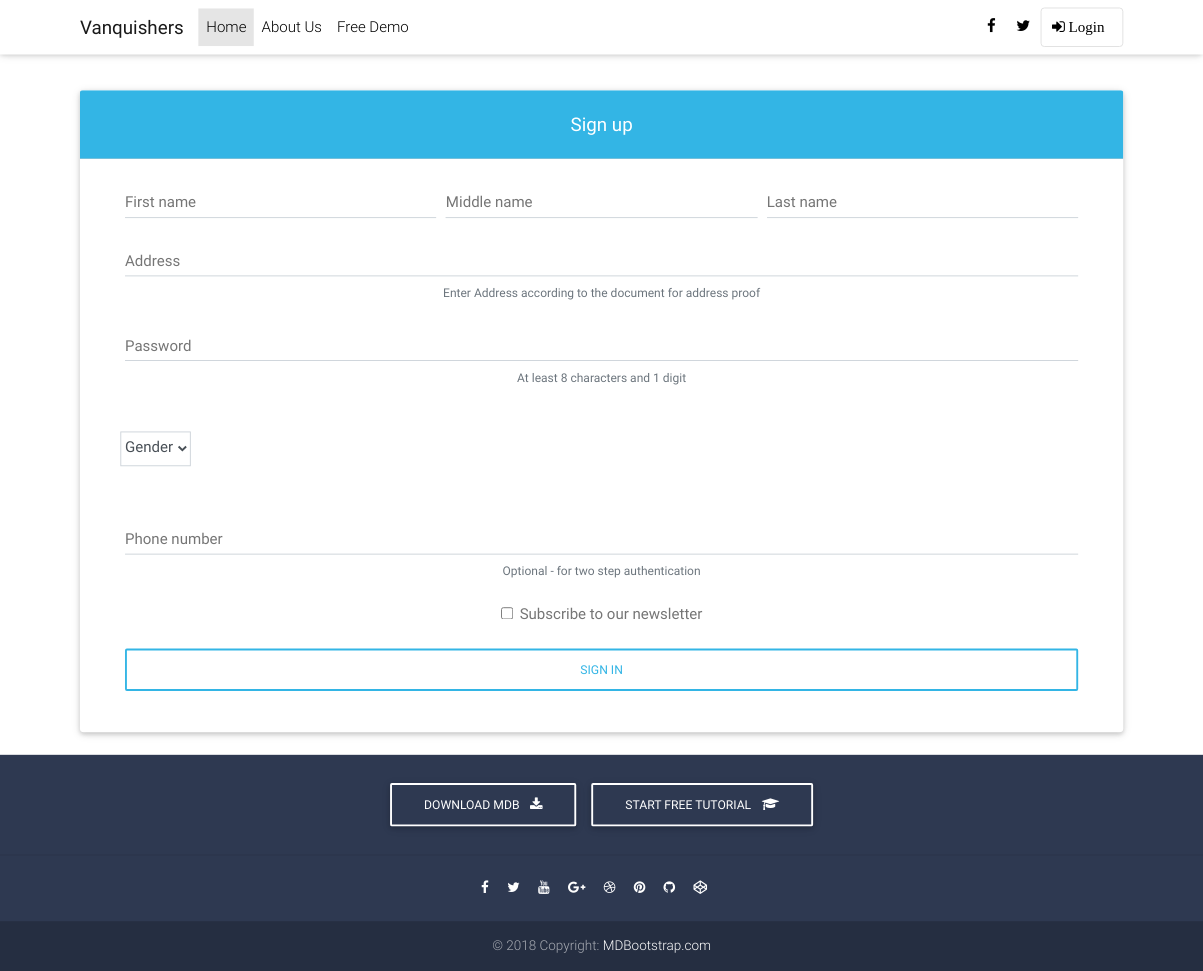
Repository: KJSCEhack/KJSCE_Vanquishers
Page: http://localhost/demo.php
An editor plug-in stored every save of this project. The page is shown before and after the next save, followed by the edit.
The browser window is 1280 px wide. The pictures show the whole page, at 94% of full size.
The page is run by PHP 8.4 with error messages shown; the project is at /var/www/html/.

Above is the page before, as saved 2018-10-06 09:29:04.
Console error: TypeError: $(...).material_select is not a function

### demo.php
<?php
$hostname="localhost";
$dbname="kjsce_hackathon";
$Username="root";
$Password="qweasdzxc";

$conn = mysqli_connect($hostname,$Username,$Password,$dbname);

if(!$conn)
{
    die("connection failed:" .mysqli_connect_error());

}
mysqli_close($conn);

?>
<!DOCTYPE html>
<html lang="en">

<head>
    <meta charset="utf-8">
    <meta name="viewport" content="width=device-width, initial-scale=1, shrink-to-fit=no">
    <meta http-equiv="x-ua-compatible" content="ie=edge">
    <title>Material Design Bootstrap</title>
    <!-- Font Awesome -->
    <link rel="stylesheet" href="https://maxcdn.bootstrapcdn.com/font-awesome/4.7.0/css/font-awesome.min.css">
    <!-- Bootstrap core CSS -->
    <link href="css/bootstrap.min.css" rel="stylesheet">
    <!-- Material Design Bootstrap -->
    <link href="css/mdb.min.css" rel="stylesheet">
    <!-- Your custom styles (optional) -->
    <link href="css/style.min.css" rel="stylesheet">
</head>

<body>

    <!--Main Navigation-->
    <header>

        <!-- Navbar -->
        <nav class="navbar fixed-top navbar-expand-lg navbar-light white scrolling-navbar">
            <div class="container">

                <!-- Brand -->
      <a class="navbar-brand" href="https://mdbootstrap.com/material-design-for-bootstrap/" target="_blank">
        <strong>Vanquishers</strong>
      </a>

      <!-- Collapse -->
      <button class="navbar-toggler" type="button" data-toggle="collapse" data-target="#navbarSupportedContent" aria-controls="navbarSupportedContent"
        aria-expanded="false" aria-label="Toggle navigation">
        <span class="navbar-toggler-icon"></span>
      </button>

      <!-- Links -->
      <div class="collapse navbar-collapse" id="navbarSupportedContent">

        <!-- Left -->
        <ul class="navbar-nav mr-auto">
          <li class="nav-item active">
            <a class="nav-link" href="#">Home
              <span class="sr-only">(current)</span>
            </a>
          </li>
          <li class="nav-item">
            <a class="nav-link" href="https://mdbootstrap.com/material-design-for-bootstrap/" target="_blank">About Us</a>
          </li>
          <li class="nav-item">
            <a class="nav-link" href="https://mdbootstrap.com/getting-started/" target="_blank">Free Demo</a>
          </li>
        </ul>

        <!-- Right -->
        <ul class="navbar-nav nav-flex-icons">
          <li class="nav-item">
            <a href="https://www.facebook.com/mdbootstrap" class="nav-link" target="_blank">
              <i class="fa fa-facebook"></i>
            </a>
          </li>
          <li class="nav-item">
            <a href="https://twitter.com/MDBootstrap" class="nav-link" target="_blank">
              <i class="fa fa-twitter"></i>
            </a>
          </li>
          <li class="nav-item">
            <a href="login_page.html" class="nav-link border border-light rounded"
              target="_blank">
              <i class="fa fa-sign-in mr-2">           Login</i>
            </a>
          </li>
        </ul>

      </div>

            </div>
        </nav>
        <!-- Navbar -->

    </header>
    <!--Main Navigation-->

    <!--Main layout-->
    <main class="mt-5 pt-5">
        <div class="container">
            <!-- Material form register -->
            <div class="card">

            <h5 class="card-header info-color white-text text-center py-4">
                <strong>Sign up</strong>
            </h5>

            <!--Card content-->
            <div class="card-body px-lg-5 pt-0">

                <!-- Form -->
                <form class="text-center" style="color: #757575;">

                    <div class="form-row">
                        <div class="col">
                            <!-- First name -->
                            <div class="md-form">
                                <input type="text" id="materialRegisterFormFirstName" class="form-control">
                                <label for="materialRegisterFormFirstName">First name</label>
                            </div>
                        </div>
                        <div class="col">
                            <!-- Last name -->
                            <div class="md-form">
                                <input type="text" id="materialRegisterFormMiddleName" class="form-control">
                                <label for="materialRegisterFormMiddleName">Middle name</label>
                            </div>
                        </div>
                        <div class="col">
                            <!-- Last name -->
                            <div class="md-form">
                                <input type="text" id="materialRegisterFormLastName" class="form-control">
                                <label for="materialRegisterFormLastName">Last name</label>
                            </div>
                        </div>
                    </div>

                    <!-- Address -->
                    <div class="md-form mt-0">
                        <input type="text" id="materialRegisterFormAddress" class="form-control">
                        <label for="materialRegisterFormAddress">Address</label>
                        <small id="materialRegisterFormPasswordHelpBlock" class="form-text text-muted mb-4">
                            Enter Address according to the document for address proof
                        </small>
                    </div>

                    <!-- Password -->
                    <div class="md-form">
                        <input type="password" id="materialRegisterFormPassword" class="form-control" aria-describedby="materialRegisterFormPasswordHelpBlock">
                        <label for="materialRegisterFormPassword">Password</label>
                        <small id="materialRegisterFormPasswordHelpBlock" class="form-text text-muted mb-4">
                            At least 8 characters and 1 digit
                        </small>
                    </div>

                    <div class="form-row">
                        <div class="md-form">
                            <select id="materialRegisterFormGender" class="form-control mdb-select md-form colorful-select dropdown-primary">
                                <option value="" disabled selected>Gender</option>
                                <option value="M">Male</option>
                                <option value="F">Female</option>
                                <option value="O">Other</option>
                            </select>
                        </div>
                    </div>

                    <!-- Phone number -->
                    <div class="md-form">
                        <input type="password" id="materialRegisterFormPhone" class="form-control" aria-describedby="materialRegisterFormPhoneHelpBlock">
                        <label for="materialRegisterFormPhone">Phone number</label>
                        <small id="materialRegisterFormPhoneHelpBlock" class="form-text text-muted mb-4">
                            Optional - for two step authentication
                        </small>
                    </div>

                    <!-- Newsletter -->
                    <div class="form-check">
                        <input type="checkbox" class="form-check-input" id="materialRegisterFormNewsletter">
                        <label class="form-check-label" for="materialRegisterFormNewsletter">Subscribe to our newsletter</label>
                    </div>

                    <!-- Sign up button -->
                    <button class="btn btn-outline-info btn-rounded btn-block my-4 waves-effect z-depth-0" type="submit">Sign in</button>

                </form>
                <!-- Form -->

            </div>

            </div>
            <!-- Material form register -->
        </div>
    </main>
    <!--Footer-->
    <footer class="page-footer text-center font-small mdb-color darken-2 mt-4 wow fadeIn">

        <!--Call to action-->
        <div class="pt-4">
            <a class="btn btn-outline-white" href="https://mdbootstrap.com/getting-started/" target="_blank" role="button">Download MDB
                <i class="fa fa-download ml-2"></i>
            </a>
            <a class="btn btn-outline-white" href="https://mdbootstrap.com/bootstrap-tutorial/" target="_blank" role="button">Start free tutorial
                <i class="fa fa-graduation-cap ml-2"></i>
            </a>
        </div>
        <!--/.Call to action-->

        <hr class="my-4">

        <!-- Social icons -->
        <div class="pb-4">
            <a href="https://www.facebook.com/mdbootstrap" target="_blank">
                <i class="fa fa-facebook mr-3"></i>
            </a>

            <a href="https://twitter.com/MDBootstrap" target="_blank">
                <i class="fa fa-twitter mr-3"></i>
            </a>

            <a href="https://www.youtube.com/watch?v=7MUISDJ5ZZ4" target="_blank">
                <i class="fa fa-youtube mr-3"></i>
            </a>

            <a href="https://plus.google.com/u/0/b/107863090883699620484" target="_blank">
                <i class="fa fa-google-plus mr-3"></i>
            </a>

            <a href="https://dribbble.com/mdbootstrap" target="_blank">
                <i class="fa fa-dribbble mr-3"></i>
            </a>

            <a href="https://pinterest.com/mdbootstrap" target="_blank">
                <i class="fa fa-pinterest mr-3"></i>
            </a>

            <a href="https://github.com/mdbootstrap/bootstrap-material-design" target="_blank">
                <i class="fa fa-github mr-3"></i>
            </a>

            <a href="http://codepen.io/mdbootstrap/" target="_blank">
                <i class="fa fa-codepen mr-3"></i>
            </a>
        </div>
        <!-- Social icons -->

        <!--Copyright-->
        <div class="footer-copyright py-3">
            © 2018 Copyright:
            <a href="https://mdbootstrap.com/bootstrap-tutorial/" target="_blank"> MDBootstrap.com </a>
        </div>
        <!--/.Copyright-->

    </footer>
    <!--/.Footer-->

    <!-- SCRIPTS -->
    <!-- JQuery -->
    <script type="text/javascript" src="js/jquery-3.3.1.min.js"></script>
    <!-- Bootstrap tooltips -->
    <script type="text/javascript" src="js/popper.min.js"></script>
    <!-- Bootstrap core JavaScript -->
    <script type="text/javascript" src="js/bootstrap.min.js"></script>
    <!-- MDB core JavaScript -->
    <script type="text/javascript" src="js/mdb.min.js"></script>
    <!-- Initializations -->
    <script type="text/javascript">
        // Animations initialization
        new WOW().init();
        // Material Select Initialization
        $(document).ready(function() {
            $('.mdb-select').material_select();
        });
    </script>
</body>

</html>

Loaded but not shown: css/bootstrap.min.css (library); css/mdb.min.css (library); css/style.min.css (common file); js/jquery-3.3.1.min.js (library); js/popper.min.js (library); js/bootstrap.min.js (library); js/mdb.min.js (library)

After the next save:
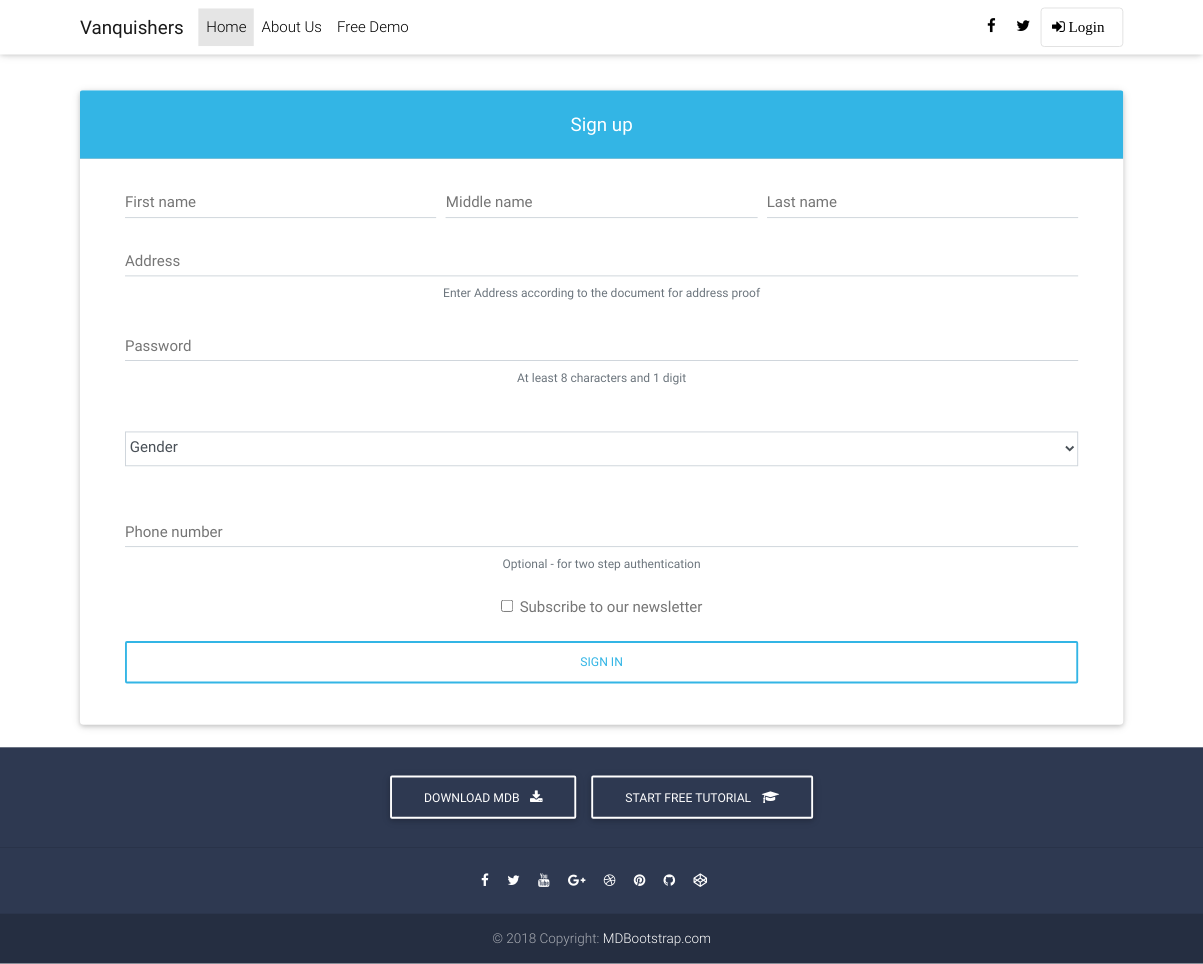
Saved 59 s later.
--- a/demo.php
+++ b/demo.php
@@ -158,13 +158,15 @@ mysqli_close($conn);
                     </div>
 
                     <div class="form-row">
-                        <div class="md-form">
-                            <select id="materialRegisterFormGender" class="form-control mdb-select md-form colorful-select dropdown-primary">
-                                <option value="" disabled selected>Gender</option>
-                                <option value="M">Male</option>
-                                <option value="F">Female</option>
-                                <option value="O">Other</option>
-                            </select>
+                        <div class="col">
+                            <div class="md-form">
+                                <select id="materialRegisterFormGender" class="form-control mdb-select md-form colorful-select dropdown-primary">
+                                    <option value="" disabled selected>Gender</option>
+                                    <option value="M">Male</option>
+                                    <option value="F">Female</option>
+                                    <option value="O">Other</option>
+                                </select>
+                            </div>
                         </div>
                     </div>
 
